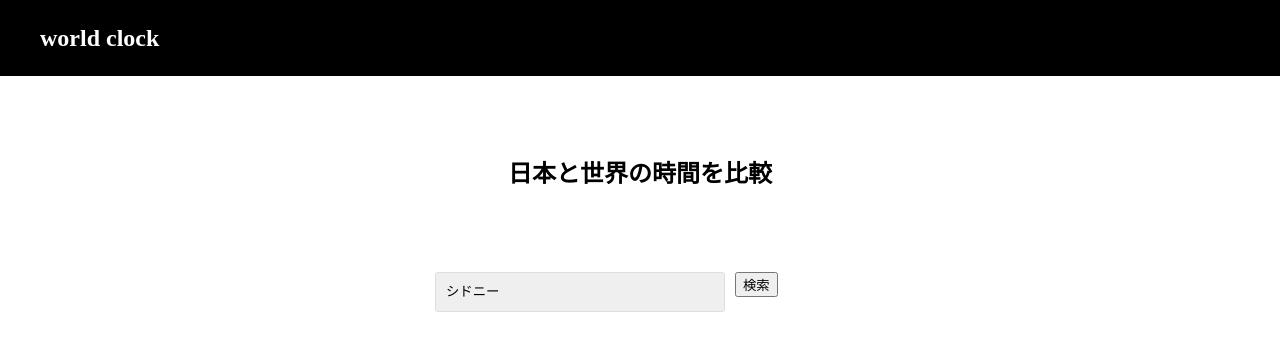
Repository: kay4300/php05-test
Page: http://localhost/
An editor plug-in stored every save of this project. The page is shown before and after a run of saves, followed by the edit.
The browser window is 1280 px wide. The pictures show the whole page.
The page is run by PHP 8.4 with error messages shown; the project is at /var/www/html/.

Above is the page before, as saved 2025-08-15 13:40:39.

### src/php02/index.php
<!DOCTYPE html>
<html lang="en">

<head>
    <meta charset="UTF-8">
    <meta http-equiv="X-UA-Compatible" content="IE=edge">
    <meta name="viewport" content="width=device-width, initial-scale=1.0">
    <title>Document</title>
    <link rel="stylesheet" href="css/sanitize.css">
    <link rel="stylesheet" href="css/common.css">
    <link rel="stylesheet" href="css/index.css">
</head>

<body>
    <header class="header">
        <div class="header_inner">
            <a class="header_logo" href="/php02/index.php">
                world clock
            </a>
        </div>
    </header>

    <main>
        <div class="search-form_content">
            <h2 class="search-form_content-title">日本と世界の時間を比較</h2>
        </div>
        <form class="search-form" action="result.php" method="GET">
               <div class="search-form_item">
                   <select class="search-form_item-select" name="city">
                        <option value="シドニー">シドニー</option>
                        <option value="上海">上海</option>
                        <option value="モスクワ">モスクワ</option>
                        <option value="ロンドン">ロンドン</option>
                        <option value="ヨハネスブルグ">ヨハネスブルグ</option>
                        < option value="ニューヨーク">ニューヨーク</option>
                    </select>
                </div>
                <div class="search-form_button">
                    <button class="search-form_button-submit" type="submit">検索</button>
                </div>
        </form>
    </main>

</body>

</html>

### src/php02/css/sanitize.css
/* Document
* ========================================================================== */

/**
* Add border box sizing in all browsers (opinionated).
*/

*,
::before,
::after {
    box-sizing: border-box;
}

/**
* 1. Add text decoration inheritance in all browsers (opinionated).
* 2. Add vertical alignment inheritance in all browsers (opinionated).
*/

::before,
::after {
    vertical-align: inherit;
    /* 2 */
    text-decoration: inherit;
    /* 1 */
}

/**
* 1. Use the default cursor in all browsers (opinionated).
* 2. Change the line height in all browsers (opinionated).
* 3. Use a 4-space tab width in all browsers (opinionated).
* 4. Remove the grey highlight on links in iOS (opinionated).
* 5. Prevent adjustments of font size after orientation changes in
*    IE on Windows Phone and in iOS.
* 6. Breaks words to prevent overflow in all browsers (opinionated).
*/

html {
    word-break: break-word;
    /* 6 */
    -moz-tab-size: 4;
    /* 3 */
    tab-size: 4;
    /* 3 */
    line-height: 1.5;
    /* 2 */
    cursor: default;
    /* 1 */

    -webkit-tap-highlight-color: transparent
        /* 4 */
    ;
    -ms-text-size-adjust: 100%;
    /* 5 */
    -webkit-text-size-adjust: 100%;
    /* 5 */
}

/* Sections
* ========================================================================== */

/**
* Remove the margin in all browsers (opinionated).
*/

body {
    margin: 0;
}

/**
* Correct the font size and margin on `h1` elements within `section` and
* `article` contexts in Chrome, Edge, Firefox, and Safari.
*/

h1 {
    margin: 0.67em 0;
    font-size: 2em;
}

/* Grouping content
* ========================================================================== */

/**
* Remove the margin on nested lists in Chrome, Edge, IE, and Safari.
*/

dl dl,
dl ol,
dl ul,
ol dl,
ul dl {
    margin: 0;
}

/**
* Remove the margin on nested lists in Edge 18- and IE.
*/

ol ol,
ol ul,
ul ol,
ul ul {
    margin: 0;
}

/**
* 1. Add the correct sizing in Firefox.
* 2. Show the overflow in Edge 18- and IE.
*/

hr {
    overflow: visible;
    /* 2 */
    height: 0;
    /* 1 */
}

/**
* Add the correct display in IE.
*/

main {
    display: block;
}

/**
* Remove the list style on navigation lists in all browsers (opinionated).
*/

nav ol,
nav ul {
    padding: 0;
    list-style: none;
}

/**
* 1. Correct the inheritance and scaling of font size in all browsers.
* 2. Correct the odd `em` font sizing in all browsers.
*/

pre {
    font-size: 1em;
    /* 2 */
    font-family: monospace, monospace;
    /* 1 */
}

/* Text-level semantics
* ========================================================================== */

/**
* Remove the gray background on active links in IE 10.
*/

a {
    background-color: transparent;
}

/**
* Add the correct text decoration in Edge 18-, IE, and Safari.
*/

abbr[title] {
    text-decoration: underline;
    text-decoration: underline dotted;
}

/**
* Add the correct font weight in Chrome, Edge, and Safari.
*/

b,
strong {
    font-weight: bolder;
}

/**
* 1. Correct the inheritance and scaling of font size in all browsers.
* 2. Correct the odd `em` font sizing in all browsers.
*/

code,
kbd,
samp {
    font-size: 1em;
    /* 2 */
    font-family: monospace, monospace;
    /* 1 */
}

/**
* Add the correct font size in all browsers.
*/

small {
    font-size: 80%;
}

/* Embedded content
* ========================================================================== */

/*
* Change the alignment on media elements in all browsers (opinionated).
*/

audio,
canvas,
iframe,
img,
svg,
video {
    vertical-align: middle;
}

/**
* Add the correct display in IE 9-.
*/

audio,
video {
    display: inline-block;
}

/**
* Add the correct display in iOS 4-7.
*/

audio:not([controls]) {
    display: none;
    height: 0;
}

/**
* Remove the border on iframes in all browsers (opinionated).
*/

iframe {
    border-style: none;
}

/**
* Remove the border on images within links in IE 10-.
*/

img {
    border-style: none;
}

/**
* Change the fill color to match the text color in all browsers (opinionated).
*/

svg:not([fill]) {
    fill: currentColor;
}

/**
* Hide the overflow in IE.
*/

svg:not(:root) {
    overflow: hidden;
}

/* Tabular data
* ========================================================================== */

/**
* Collapse border spacing in all browsers (opinionated).
*/

table {
    border-collapse: collapse;
}

/* Forms
* ========================================================================== */

/**
* Remove the margin on controls in Safari.
*/

button,
input,
select {
    margin: 0;
}

/**
* 1. Show the overflow in IE.
* 2. Remove the inheritance of text transform in Edge 18-, Firefox, and IE.
*/

button {
    overflow: visible;
    /* 1 */
    text-transform: none;
    /* 2 */
}

/**
* Correct the inability to style buttons in iOS and Safari.
*/

button,
[type="button"],
[type="reset"],
[type="submit"] {
    -webkit-appearance: button;
}

/**
* 1. Change the inconsistent appearance in all browsers (opinionated).
* 2. Correct the padding in Firefox.
*/

fieldset {
    padding: 0.35em 0.75em 0.625em;
    /* 2 */
    border: 1px solid #a0a0a0;
    /* 1 */
}

/**
* Show the overflow in Edge 18- and IE.
*/

input {
    overflow: visible;
}

/**
* 1. Correct the text wrapping in Edge 18- and IE.
* 2. Correct the color inheritance from `fieldset` elements in IE.
*/

legend {
    display: table;
    /* 1 */
    max-width: 100%;
    /* 1 */
    color: inherit;
    /* 2 */
    white-space: normal;
    /* 1 */
}

/**
* 1. Add the correct display in Edge 18- and IE.
* 2. Add the correct vertical alignment in Chrome, Edge, and Firefox.
*/

progress {
    display: inline-block;
    /* 1 */
    vertical-align: baseline;
    /* 2 */
}

/**
* Remove the inheritance of text transform in Firefox.
*/

select {
    text-transform: none;
}

/**
* 1. Remove the margin in Firefox and Safari.
* 2. Remove the default vertical scrollbar in IE.
* 3. Change the resize direction in all browsers (opinionated).
*/

textarea {
    overflow: auto;
    /* 2 */
    margin: 0;
    /* 1 */
    resize: vertical;
    /* 3 */
}

/**
* Remove the padding in IE 10-.
*/

[type="checkbox"],
[type="radio"] {
    padding: 0;
}

/**
* 1. Correct the odd appearance in Chrome, Edge, and Safari.
* 2. Correct the outline style in Safari.
*/

[type="search"] {
    outline-offset: -2px;
    /* 2 */

    -webkit-appearance: textfield;
    /* 1 */
}

/**
* Correct the cursor style of increment and decrement buttons in Safari.
*/

::-webkit-inner-spin-button,
::-webkit-outer-spin-button {
    height: auto;
}

/**
* Correct the text style of placeholders in Chrome, Edge, and Safari.
*/

::-webkit-input-placeholder {
    color: inherit;
    opacity: 0.54;
}

/**
* Remove the inner padding in Chrome, Edge, and Safari on macOS.
*/

::-webkit-search-decoration {
    -webkit-appearance: none;
}

/**
* 1. Correct the inability to style upload buttons in iOS and Safari.
* 2. Change font properties to `inherit` in Safari.
*/

::-webkit-file-upload-button {
    font: inherit;
    /* 2 */

    -webkit-appearance: button;
    /* 1 */
}

/**
* Remove the inner border and padding of focus outlines in Firefox.
*/

::-moz-focus-inner {
    padding: 0;
    border-style: none;
}

/**
* Restore the focus outline styles unset by the previous rule in Firefox.
*/

:-moz-focusring {
    outline: 1px dotted ButtonText;
}

/**
* Remove the additional :invalid styles in Firefox.
*/

:-moz-ui-invalid {
    box-shadow: none;
}

/* Interactive
* ========================================================================== */

/*
* Add the correct display in Edge 18- and IE.
*/

details {
    display: block;
}

/*
* Add the correct styles in Edge 18-, IE, and Safari.
*/

dialog {
    position: absolute;
    right: 0;
    left: 0;
    display: block;
    margin: auto;
    padding: 1em;
    width: -moz-fit-content;
    width: -webkit-fit-content;
    width: fit-content;
    height: -moz-fit-content;
    height: -webkit-fit-content;
    height: fit-content;
    border: solid;
    background-color: white;
    color: black;
}

dialog:not([open]) {
    display: none;
}

/*
* Add the correct display in all browsers.
*/

summary {
    display: list-item;
}

/* Scripting
* ========================================================================== */

/**
* Add the correct display in IE 9-.
*/

canvas {
    display: inline-block;
}

/**
* Add the correct display in IE.
*/

template {
    display: none;
}

/* User interaction
* ========================================================================== */

/*
* 1. Remove the tapping delay in IE 10.
* 2. Remove the tapping delay on clickable elements
in all browsers (opinionated).
*/

a,
area,
button,
input,
label,
select,
summary,
textarea,
[tabindex] {
    -ms-touch-action: manipulation;
    /* 1 */
    touch-action: manipulation;
    /* 2 */
}

/**
* Add the correct display in IE 10-.
*/

[hidden] {
    display: none;
}

/* Accessibility
* ========================================================================== */

/**
* Change the cursor on busy elements in all browsers (opinionated).
*/

[aria-busy="true"] {
    cursor: progress;
}

/*
* Change the cursor on control elements in all browsers (opinionated).
*/

[aria-controls] {
    cursor: pointer;
}

/*
* Change the cursor on disabled, not-editable, or otherwise
* inoperable elements in all browsers (opinionated).
*/

[aria-disabled="true"],
[disabled] {
    cursor: not-allowed;
}

/*
* Change the display on visually hidden accessible elements
* in all browsers (opinionated).
*/

[aria-hidden="false"][hidden] {
    display: initial;
}

[aria-hidden="false"][hidden]:not(:focus) {
    position: absolute;
    clip: rect(0, 0, 0, 0);
}

### src/php02/css/common.css
.header {
    background: #000;
}

.header_inner {
    margin: 0 auto;
    padding: 20px 15px;
    max-width: 1230px;
}

.header_logo {
    color: #fff;
    text-decoration: none;
    font-weight: bold;
    font-size: 24px;
}

### src/php02/css/index.css
.search-form_content {
    margin: 0 auto;
    padding: 60px 15px;
    max-width: 1230px;
}

.search-form_content-title {
    text-align: center;
}

.search-form {
    display: flex;
    justify-content: center;
}

.search-form_item {
    padding: 0 5px;
    width: 300px;
}

.search-form_item-select {
    padding: 10px;
    width: 100%;
    height: 40px;
    border: 1px solid #ddd;
    border-radius: 3px;
    appearance: none;
}

.search-form_button {
    padding: 0 5px;
    width: 120px;
}

.search-form_button-submit {
    pad:;
}

After the next 11 saves:
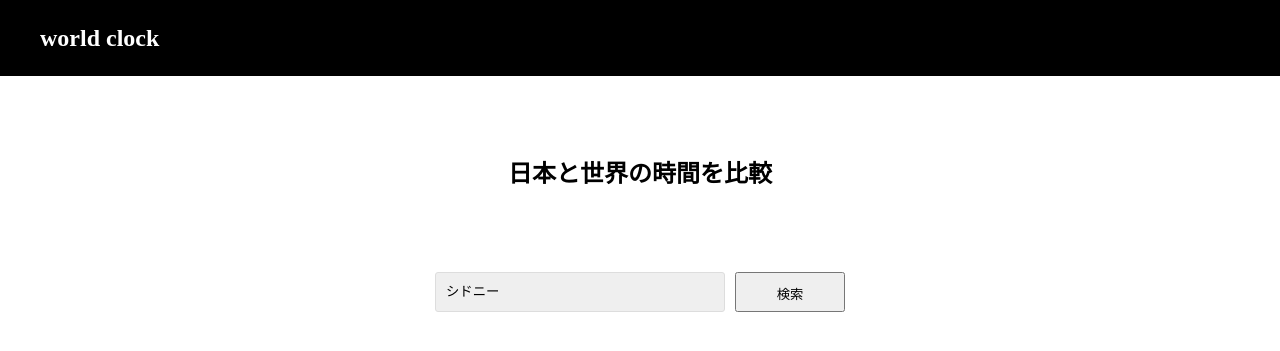
The 11 saves are shown as one change because they came seconds apart.
The last was saved 29 s later.
--- a/src/php02/css/index.css
+++ b/src/php02/css/index.css
@@ -33,5 +33,8 @@
 }
 
 .search-form_button-submit {
-    pad:;
+    padding: 10px;
+    width: 100%;
+    height: 40px;
+
 }
